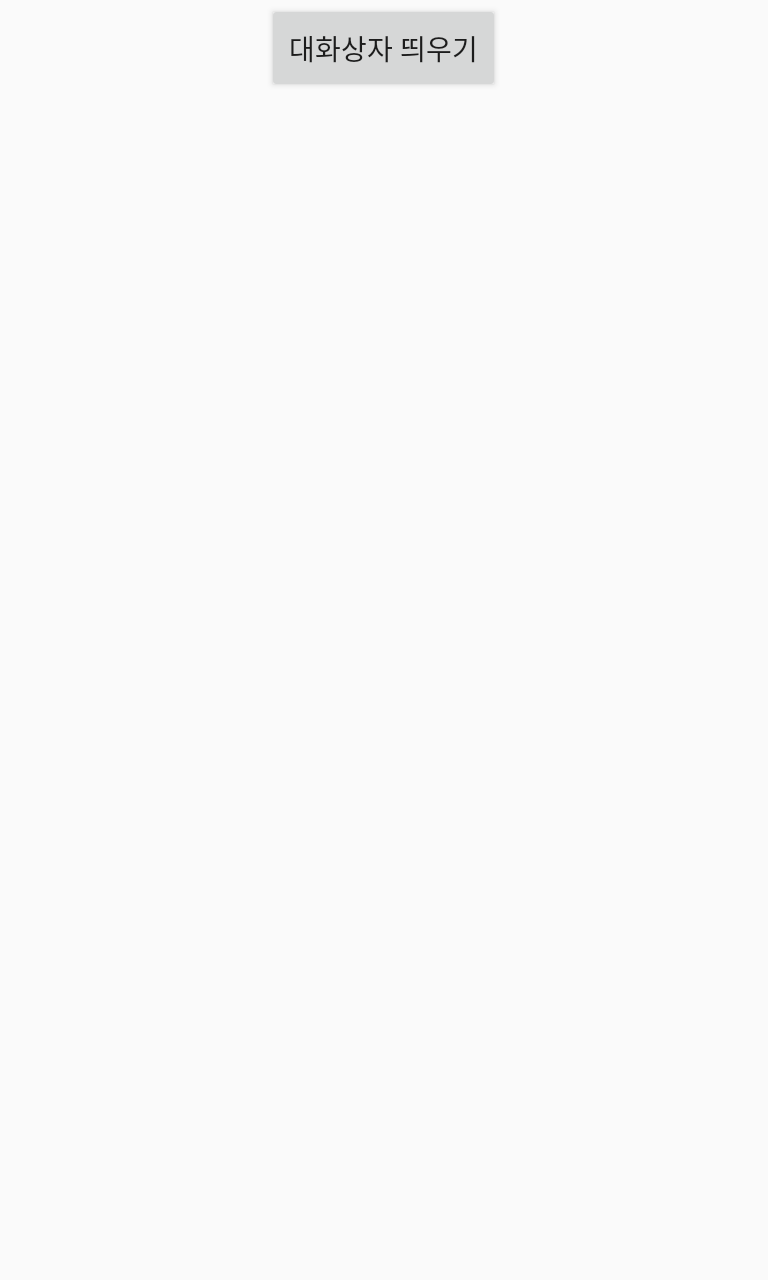
Repository: tae-jun/android
Layout: i1024_Dialog/res/layout/activity_main.xml
These files come from the project's save history. The layout is drawn as it stood at one moment and after the next save; the edit follows.
It is drawn on a 768 x 1280 px phone screen (xhdpi) without system bars, with theme AppTheme; the app's code is not run.

Above is the layout before, as saved 2014-10-24 03:17:55.

After the next save:
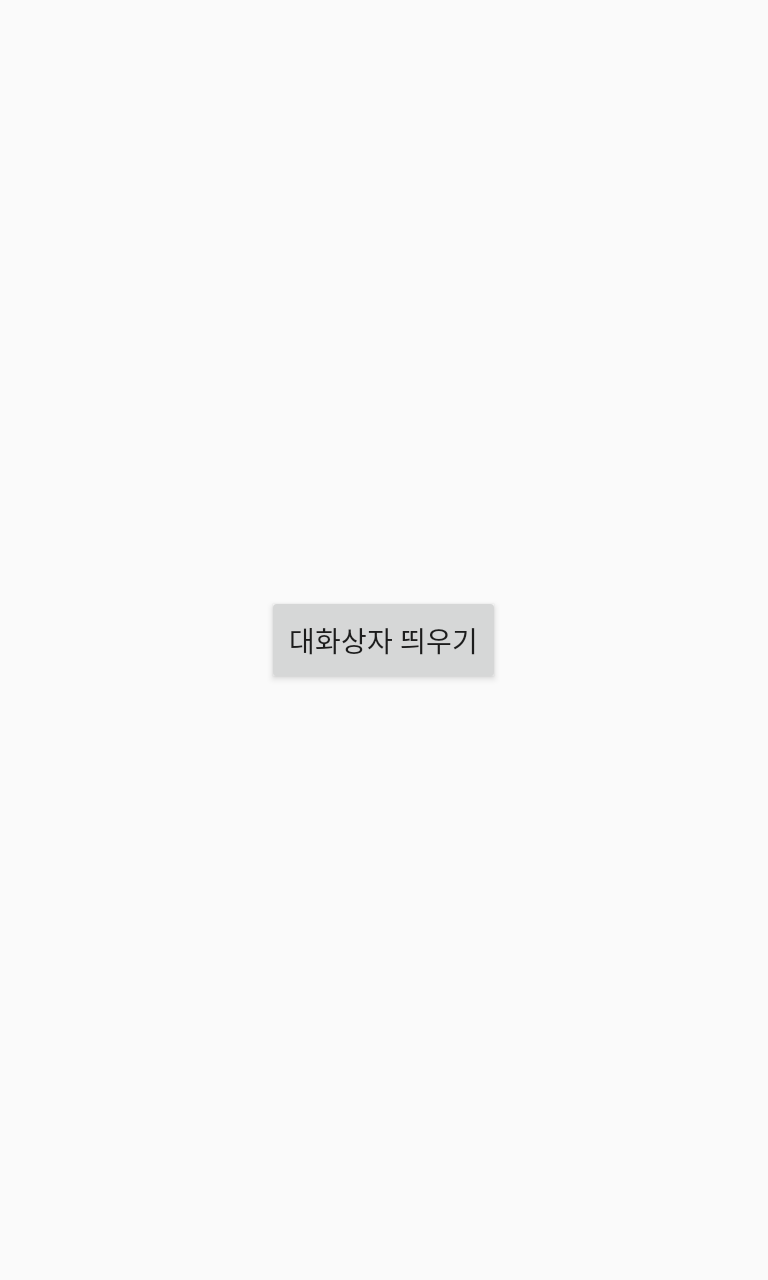
Saved 12 s later.
--- a/i1024_Dialog/res/layout/activity_main.xml
+++ b/i1024_Dialog/res/layout/activity_main.xml
@@ -3,6 +3,7 @@
     android:layout_width="match_parent"
     android:layout_height="match_parent"
     android:orientation="vertical"
+    android:gravity="center_vertical"
     tools:context="${relativePackage}.${activityClass}" >
 
     <Button
